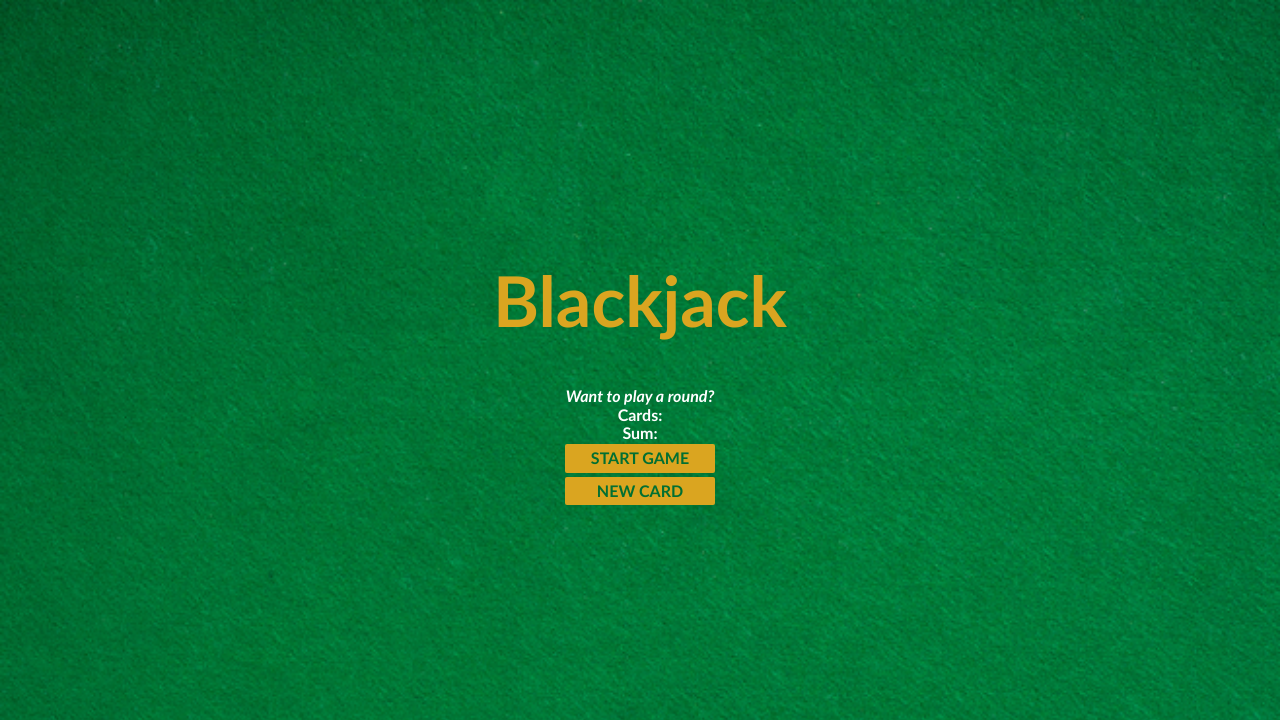
Repository: raghhavv03/javascript-practice
Page: task-5/index.html
An editor plug-in stored every save of this project. The page is shown before and after the next save, followed by the edit.
The browser window is 1280 px wide. The pictures show the whole page.

Above is the page before, as saved 2026-02-09 20:44:02.

After the next save:
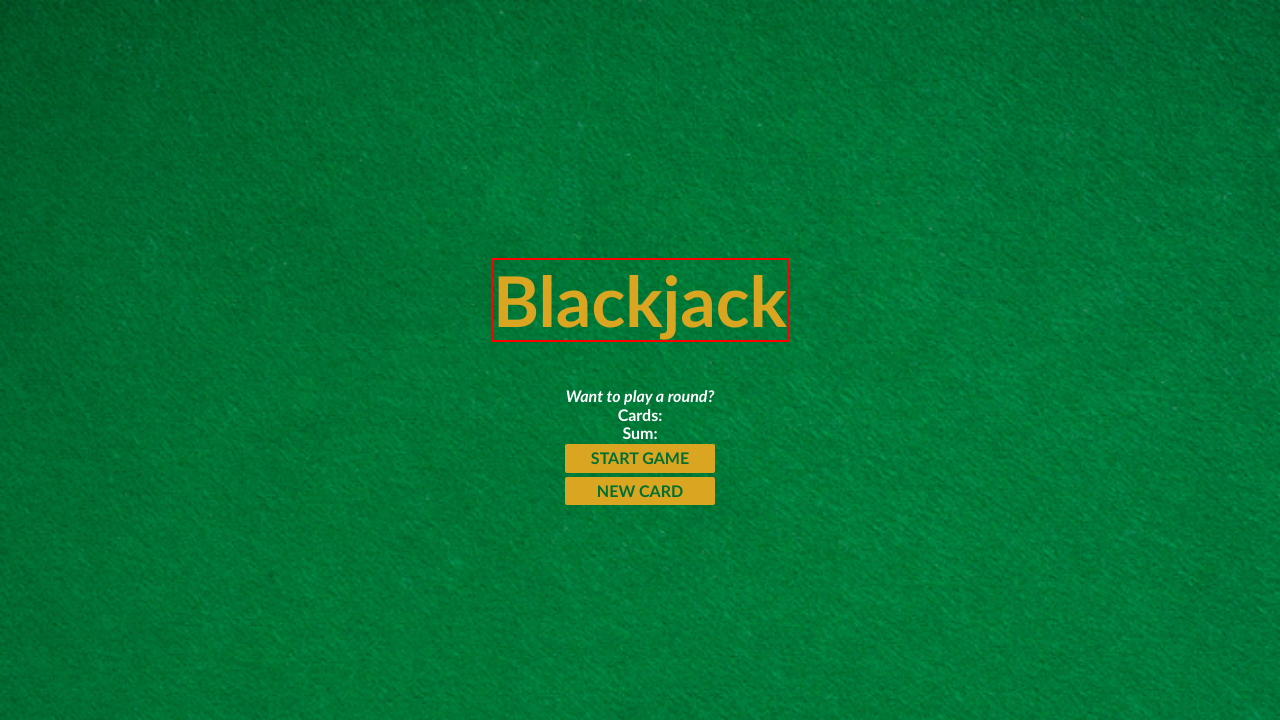
Saved 76 s later.
--- a/task-5/style.css
+++ b/task-5/style.css
@@ -18,6 +18,7 @@ body {
 }
 
 h1 {
+    outline: 2px solid red;
     font-size: 70px;
     color: goldenrod;
 }
